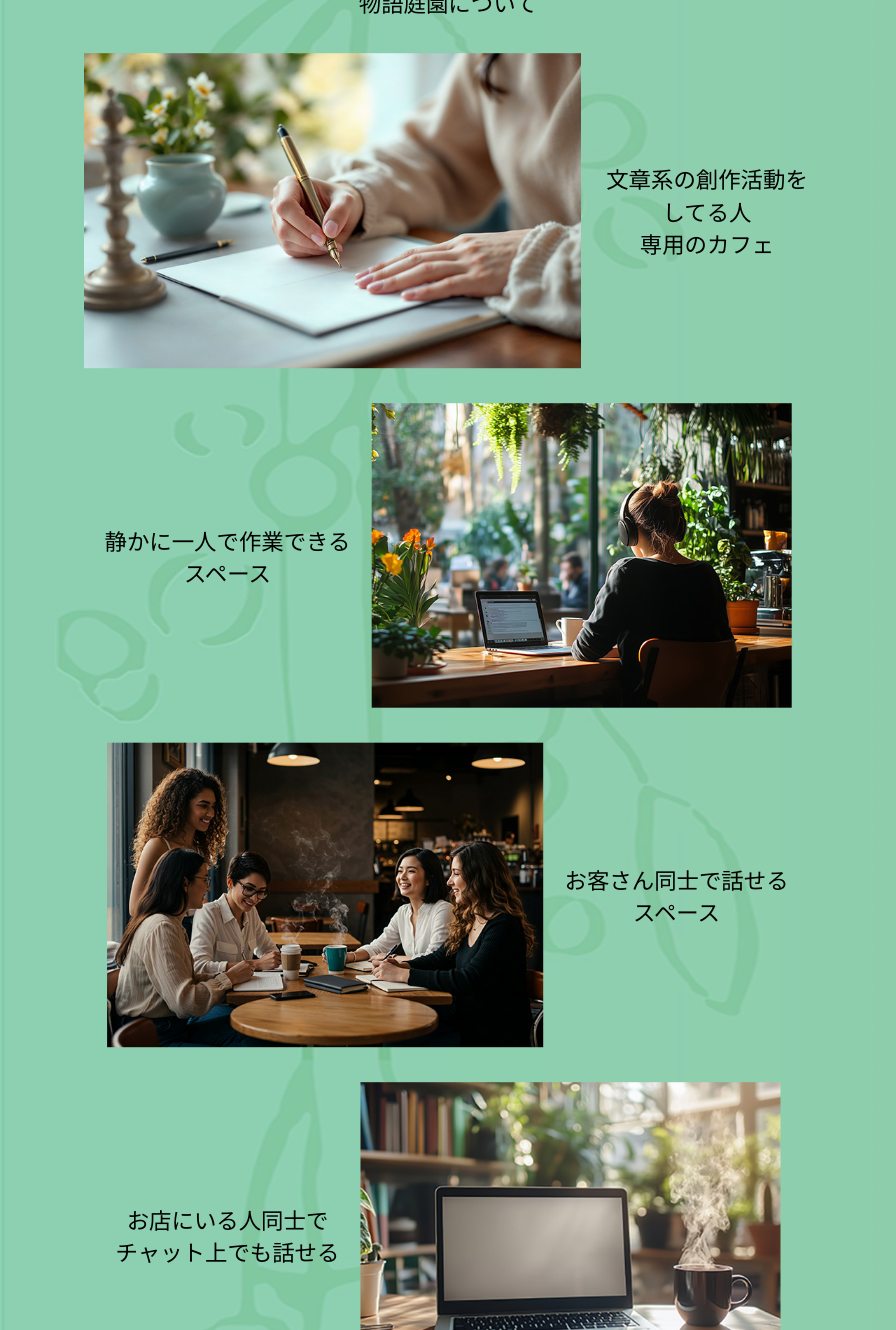
Repository: saka-kou/GardenStory
Page: index.html
The author's editor kept a copy of each file at every save. The page is drawn from the files as they stood at one save, then again after the next save.
The browser window is 1280 px wide. The pictures show the part of the page from y = 1020 to 2920 px (the page is 5942 px tall before and 6077 px after), at 70% of full size.
A picture or video elsewhere on the page could not be fetched, so the positions and the page height are approximate. Some web fonts or font styles are not loaded; a fallback is used.

Above is the page before, as saved 2025-07-24 15:21:40.

After the next save:
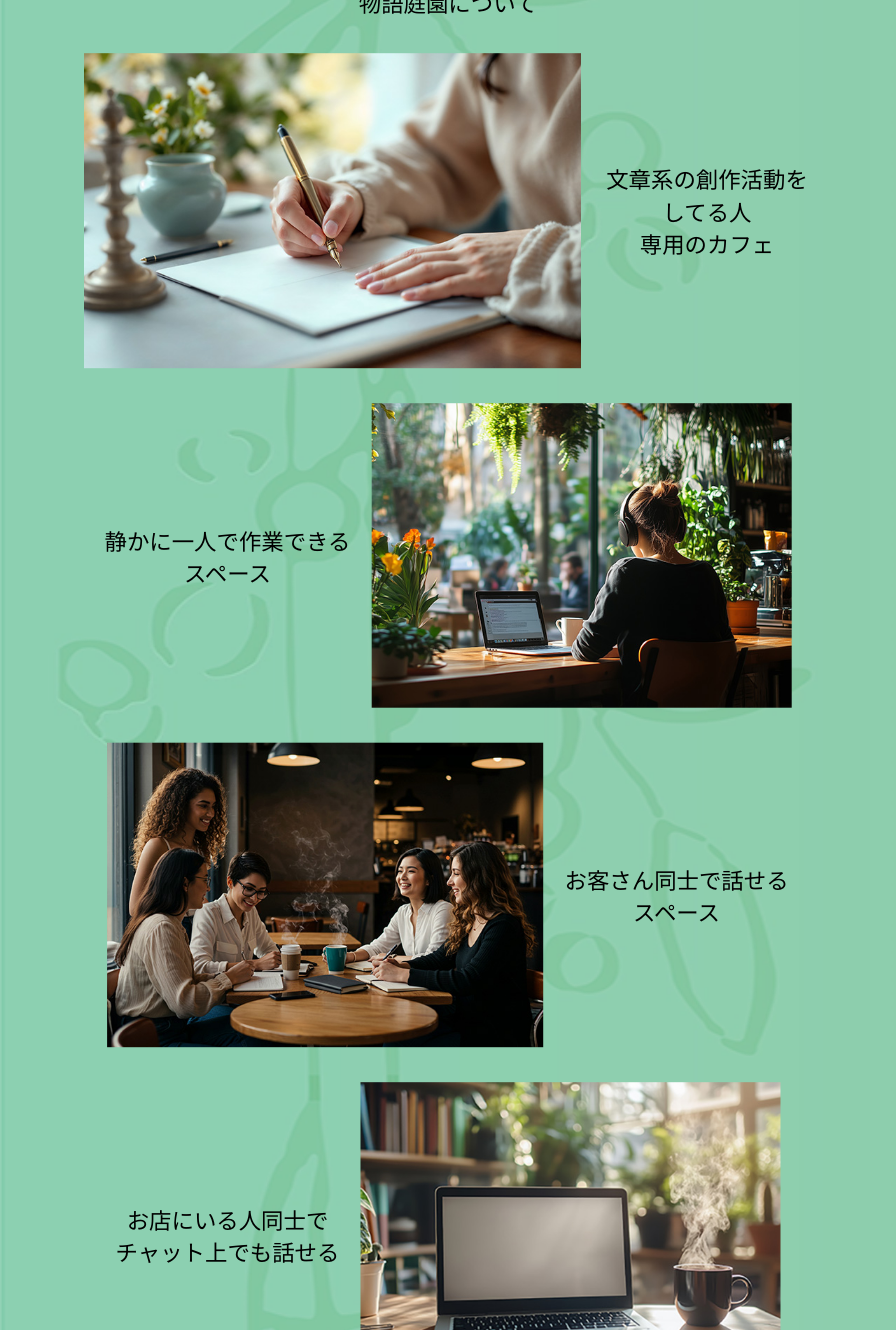
Saved 3 min 10 s later.
--- a/index.html
+++ b/index.html
@@ -60,9 +60,9 @@
         </div>
             <p class="consept-text"><a href="#">詳しくはこちら</a></p>
             <h2>メニュー</h2>
-            <div itemWrap></div>
+            <div itemWrap>
                 <div class="topitem">
-                    <div class="itemname">
+                    <div class="menuname">
                         <img src="images/bluemountain.png" alt="ブルーマウンテン">
                         <p>ブルーマウンテン</p>
                         <p>すっきりした飲み口<br>
@@ -72,7 +72,7 @@
                 </div>
                 <div class="topitem">
                     <img src="images/herbtea.png" alt="ハーブティー">
-                    <div class="itemname">
+                    <div class="menuname">
                         <p>ハーブティー</p>
                         <p>やさしい酸味と甘みが特徴<br>
                         気持ちを落ち着けたい時にどうぞ</p>
@@ -80,7 +80,7 @@
                     </div>
                 </div>
                 <div class="middleitem">
-                    <div class="itemname">
+                    <div class="menuname">
                         <img src="images/manderin.png" alt="マンデリンコーヒー">
                         <p>マンデリンコーヒー</p>
                         <p>深いコクとほのかな苦味<br>
@@ -90,7 +90,7 @@
                 </div>
                 <div class="middleitem">
                     <img src="images/orangejuice.png" alt="オレンジジュース">
-                    <div class="itemname">
+                    <div class="menuname">
                         <p>オレンジジュース</p>
                         <p>実は集中できる効果のある飲み物<br>
                         軽やかな酸味で気持ちを切り替えて集中したい時に</p>
@@ -99,7 +99,7 @@
                 </div>
                 <div class="bottomitem">
                     <img src="images/sandwhich.png" alt="サンドウィッチ">
-                    <div class="itemname">
+                    <div class="menuname">
                         <p>サンドウィッチ</p>
                         <p>ふんわり食感とやさしい味<br>
                         小腹満たしにちょうどいい一品</p>
@@ -108,7 +108,7 @@
                 </div>
                 <div class="bottomitem">
                     <img src="images/suko-nn.png" alt="スコーン">
-                    <div class="itemname">
+                    <div class="menuname">
                         <p>スコーン</p>
                         <p>ほんのり甘くて食べごたえあり<br>
                         小腹が空いた時におすすめです</p>
